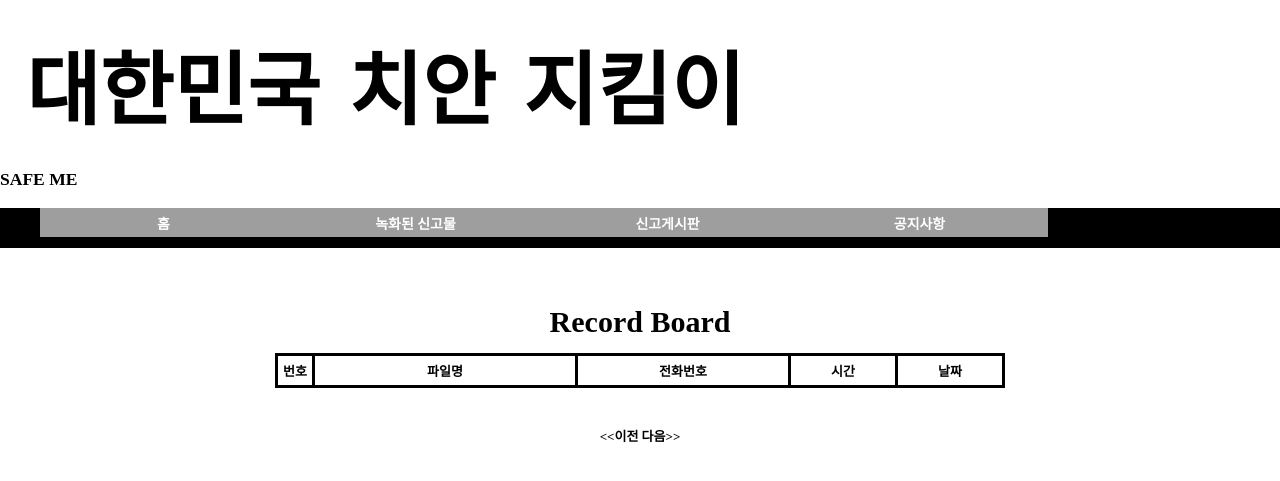
Repository: imdasom/SafeMe
Page: http://localhost/SafeMe/homepage/recordkesipan.jsp
The author's editor kept a copy of each file at every save. The page is drawn from the files as they stood at one save, then again after the next save.
The browser window is 1280 px wide. The pictures show the whole page.
Pictures or frames that could not be fetched are drawn as grey boxes. The page is served by Tomcat 9. Queries for data that is not in the repository find no rows.

Above is the page before, as saved 2015-12-14 07:22:12.

After the next save:
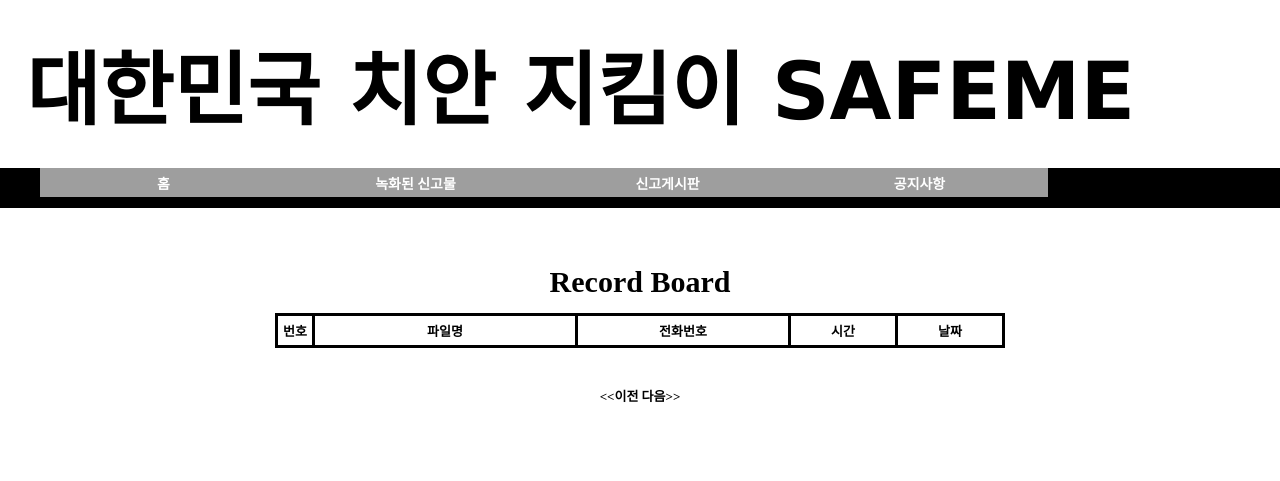
Saved 15 s later.
--- a/FinalSafeMeWeb/SafeMe/homepage/Home.jsp
+++ b/FinalSafeMeWeb/SafeMe/homepage/Home.jsp
@@ -80,7 +80,7 @@ h2{
 
                 <body>
 
-                        <h2>대한민국 치안 지킴이</h2><h3>  SAFE ME</h3>
+                        <h2>대한민국 치안 지킴이 SAFEME</h2>
                         <div id="tabsE">
                                 <ul>
                                         <!-- CSS Tabs -->
